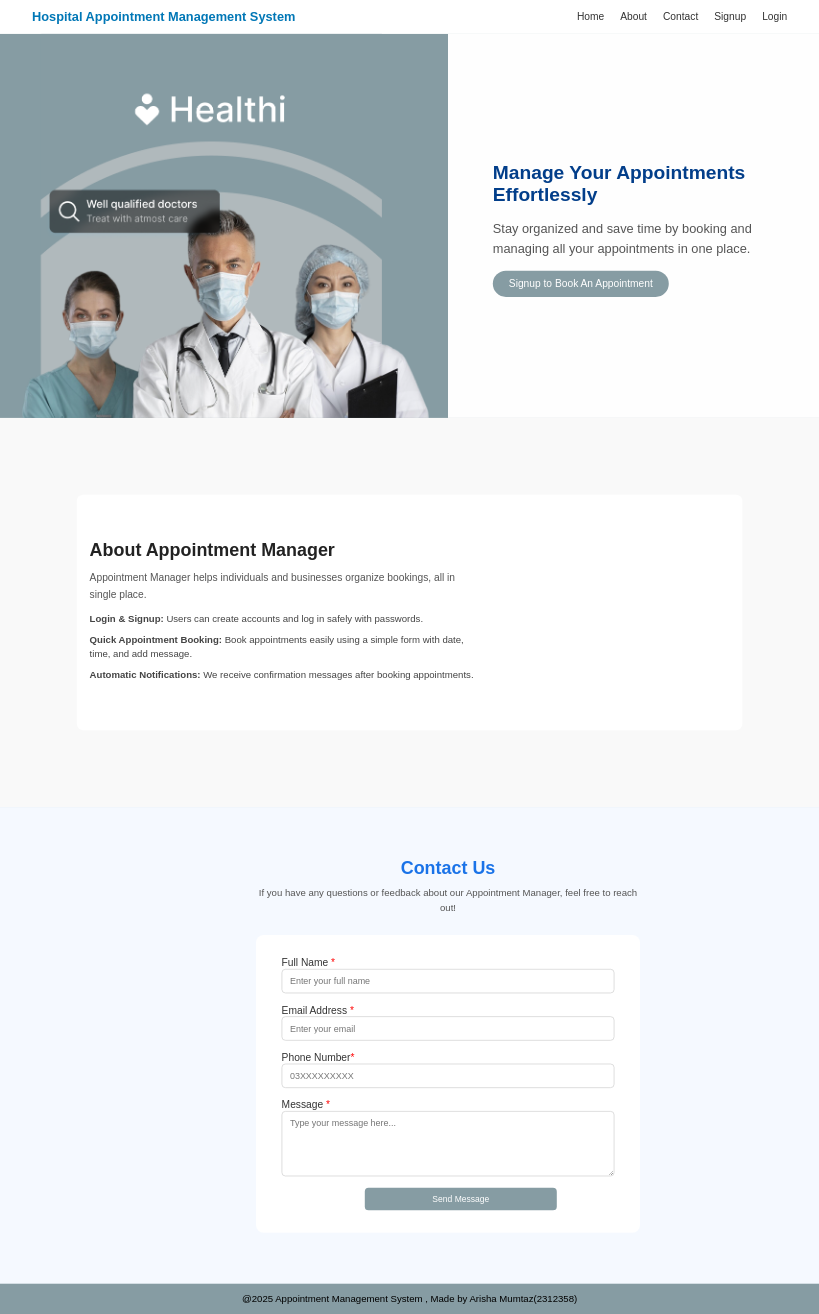
Repository: Arisha004/hospital-management-midterm-
Page: http://localhost/landingpage.html
An editor plug-in stored every save of this project. The page is shown before and after the next save, followed by the edit.
The browser window is 1280 px wide. The pictures show the whole page, at 64% of full size.
The page is run by PHP 8.4 with error messages shown; the project is at /var/www/html/.

Above is the page before, as saved 2025-11-02 21:17:58.

### landingpage.html

<html>
<head>
  <title>Appointment Management System</title>
  <link rel="stylesheet" href="style.css">
  <style>

  h2 {
    color: #007bff;
  }
  button{
  display: inline-block;
  background-color: #869CA3;
  color: #fff;
  padding: 10px 22px;
  border: none;
  border-radius: 6px;
  cursor: pointer;
  font-weight: 500;
   text-align: center;
}


a{
  color: white;
  text-decoration: none;
}
  </style>
</head>
<body>
  <header class="navbar">
    <div class="logo">Hospital Appointment Management System</div>
    <nav>
      <ul>
        <li><a href="#landing">Home</a></li>
        <li><a href="about.html">About</a></li>
        <li><a href="contact.html">Contact</a></li>
        <li><a href="signup.php">Signup</a></li>
        <li><a href="login.php">Login</a></li>

      </ul>
    </nav>
  </header>


  <section class="landing">
      <div class="right"></div>
    <div class="left">
      <h1>Manage Your Appointments Effortlessly</h1>
      <p>Stay organized and save time by booking and managing all your appointments in one place.</p>
      <a href="signup.php" class="btn">Signup to Book An Appointment</a>
    </div>

  </section>



  <section id="about" class="about">
    <div class="container about-inner">
      <div class="about-content">
        <h2>About Appointment Manager</h2>
        <p>Appointment Manager helps individuals and businesses organize bookings, all in single place.</p>
        <ul class="features">
              <li><strong> Login & Signup:</strong> Users can create accounts and log in safely with  passwords.</li>
<li><strong>Quick Appointment Booking:</strong> Book appointments easily using a simple form with date, time, and add message.</li>
<li><strong>Automatic Notifications:</strong> We receive confirmation messages after booking appointments.</li>

        </ul>
      </div>
    </div>
  </section>

<section id="contact" class="contact">
    <div class="container contact-inner">
      <h2>Contact Us</h2>
      <p>If you have any questions or feedback about our Appointment Manager, feel free to reach out!</p>

      <form action="insertcontactform.php" method="post" class="contact-form">
        <div class="form-group">
          <label>Full Name <span>*</span></label>
          <input type="text" id="name" name="name" placeholder="Enter your full name" pattern="^[A-Za-z]{3,}( [A-Za-z]+)?$" title="Full name should contain only letters and spaces, and must be at least 3 characters long.">

        </div>

        <div class="form-group">
          <label>Email Address <span>*</span></label>
          <input type="email" id="email" name="email" placeholder="Enter your email" title="Please enter a valid email address, e.g. example@gmail.com." required>
        </div>

        <div class="form-group">
          <label>Phone Number<span>*</span></label>
          <input type="tel" id="phone" name="phone" placeholder="03XXXXXXXXX" required pattern="[0-9]{11}" title="Enter 11-digit number only">
        </div>

        <div class="form-group">
          <label>Message <span>*</span></label>
          <textarea id="message" name="message" rows="5" placeholder="Type your message here..." required  pattern=".*\S.*" minlength="10"  title="Message must be at least 10 characters long.Cannot enter only spaces"></textarea>
        </div>

        <button type="submit" class="btn">Send Message</button>
      </form>
    </div>
</section>



  <footer>
    <p> @2025 Appointment Management System , Made by Arisha Mumtaz(2312358)</p>
  </footer>
</body>
</html>

### style.css

* {
  margin: 0;
  padding: 0;
  font-family: 'Poppins', sans-serif;
}

body {
  background: #869CA3;
  color: #333;
}

.about {
  background-color: #f9f9f9;
  padding: 80px 0; /*80px top & bottom, 0 left & right */
}

.about-image img {

  width: 450px;
  border-radius: 10px;
}

.about-content {
  margin-top: 20px;
  width: 300px;
}

.about-content h2 {
  font-size: 28px;
  color: #1a73e8;
  margin-bottom: 15px;
}

.about-content p {
  font-size: 16px;
  color: #555;
  line-height: 1.6;
  margin-bottom: 20px;
}

.features {
  list-style: none;
  padding: 0;
  margin-bottom: 25px;
}

.features li {
  margin-bottom: 10px;
  color: #444;
  font-size: 15px;
  line-height: 1.5;
}



/* Contact Section */
.contact {
  background-color: #f5f9ff;
  padding: 80px 0;
}

.contact-inner {
  width: 600px;
  margin-left: 400PX;
  text-align: center;
}

.contact h2 {
  font-size: 28px;
  color: #1a73e8;
  margin-bottom: 10px;
}

.contact p {
  color: #555;
  margin-bottom: 30px;
  font-size: 15px;
  line-height: 1.6;
}

.contact-form {
  background-color: #fff;
  padding: 35px 40px;
  border-radius: 12px;
  text-align: left;
}

.form-group {
  margin-bottom: 18px;
}

label {
  font-weight: 500;
  margin-bottom: 6px;
  color: #333;
}

label span {
  color: red;
}

input, textarea {
  width: 100%;
  padding: 10px 12px;
  border: 1px solid #ccc;
  border-radius: 6px;
  font-size: 14px;
}



.contact-form .btn {
  display: inline-block;
  background-color: #869CA3;
  color: #fff;
  padding: 10px 22px;
  border: none;
  border-radius: 6px;
  cursor: pointer;
  font-weight: 500;

  margin-left: 130px;
   text-align: center;
}


.navbar {
  display: flex;
  justify-content: space-between;
  align-items: center;
  padding: 15px 50px;
  background: #fff;

 }

.navbar .logo {
  font-weight: 700;
  font-size: 20px;
  color: #0077b6;
}

.navbar ul {
  display: flex;
  list-style: none;
}

.navbar ul li a {
  text-decoration: none;
  color: #333;
  margin-left: 25px;
}



.landing {
  display: flex; /*makes .landing a flex container.*/
  height: 600px;
}


  button{

  display: inline-block;
  background-color: #869CA3;
  color: #fff;
  padding: 10px 22px;
  border: none;
  border-radius: 6px;
  cursor: pointer;
  font-weight: 500;

   text-align: center;
}


.landing .left {
  flex: 1;
  width: 50%;
  padding: 0 70px; /*adds 70px space on left and right (inner spacing).*/
  background: #fefefe;
}


.landing .left h1 {
  margin-top: 200px;
  font-size: 30px;
  color: #023e8a;
  margin-bottom: 20px;
}

.landing .left p {
  font-size: 20px;
  color: #555;
  margin-bottom: 30px;
  line-height: 1.6;
}

.btn {
  background: #869CA3;
  color: #fff;
  padding: 12px 25px;
  border-radius: 30px;
  text-decoration: none;
  font-weight: 300;
  width: 300px;
}


.landing .right {
  width:700px;
  background:url(images/pic1.png);
  background-repeat: no-repeat;
  background-size: cover;
}





.form1-container {
  width: 520px;
  margin: 80px auto;
  background: white;
  padding: 20px;
  border-radius: 8px;
}

.form1-container h2 {
  text-align: center;
  color: #333;
}

.form1-container label {
  display: block;
  margin-top: 10px;
  color: #555;
}

.form1-container input {
  width: 100%;
  padding: 8px;
  margin-top: 5px;
  border: 1px solid #ccc;
  border-radius: 4px;
}

.form1-container button {
  width: 100%;
  margin-top: 15px;
  padding: 10px;
  background: #869CA3;
  border: none;
  color: white;
  border-radius: 4px;
  cursor: pointer;
}


.form1-container p {
  text-align: center;
  margin-top: 10px;
}

.success {
  text-align: center;
  background: #d4edda;
  color: #155724;
  padding: 8px;
  border-radius: 5px;
  margin: 10px auto;
  width: 320px;
}

.error {
  text-align: center;
  background: #f8d7da;
  color: #721c24;
  padding: 8px;
  border-radius: 5px;
  margin: 10px auto;
  width: 320px;
}

footer {
  text-align: center;
  padding: 15px;
 background-color:#869CA3;
  color: black;
  font-size: 15px;

}

.container.about-inner {
  padding: 50px 20px;
  background-color: #fff;
  margin: 40px auto;
  width: 1000px;
  border-radius: 10px;

}


.about-content {
  width: 600px;
}

.about-content h2 {
  font-size: 28px;
  margin-bottom: 15px;
  color: #222;
}

.about-content p {
  font-size: 16px;
  line-height: 1.6;
  margin-bottom: 15px;
}

After the next save:
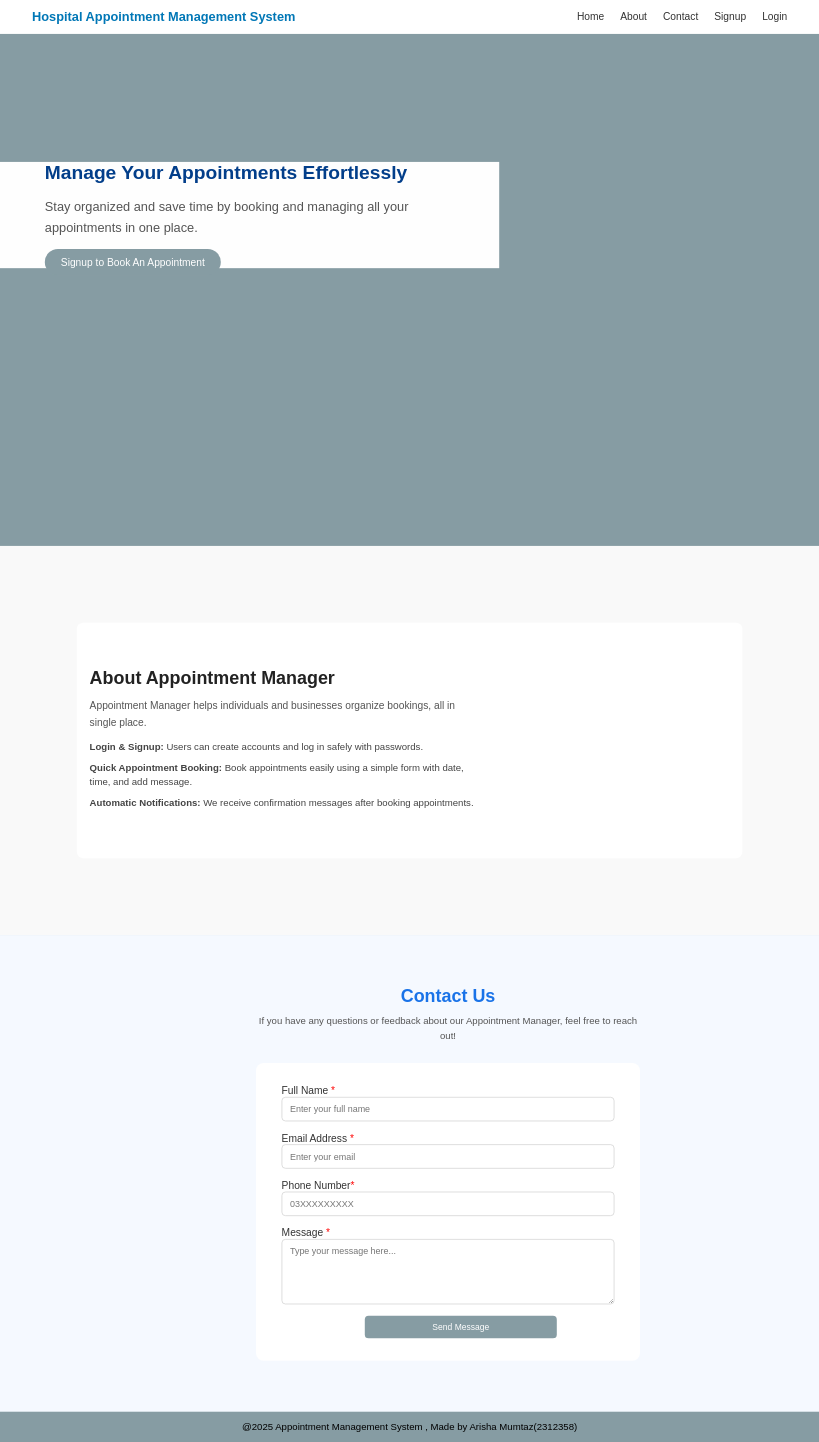
Saved 8 s later.
--- a/style.css
+++ b/style.css
@@ -154,7 +154,6 @@
 
 
 .landing {
-  display: flex; /*makes .landing a flex container.*/
   height: 600px;
 }
 

After the save that followed:
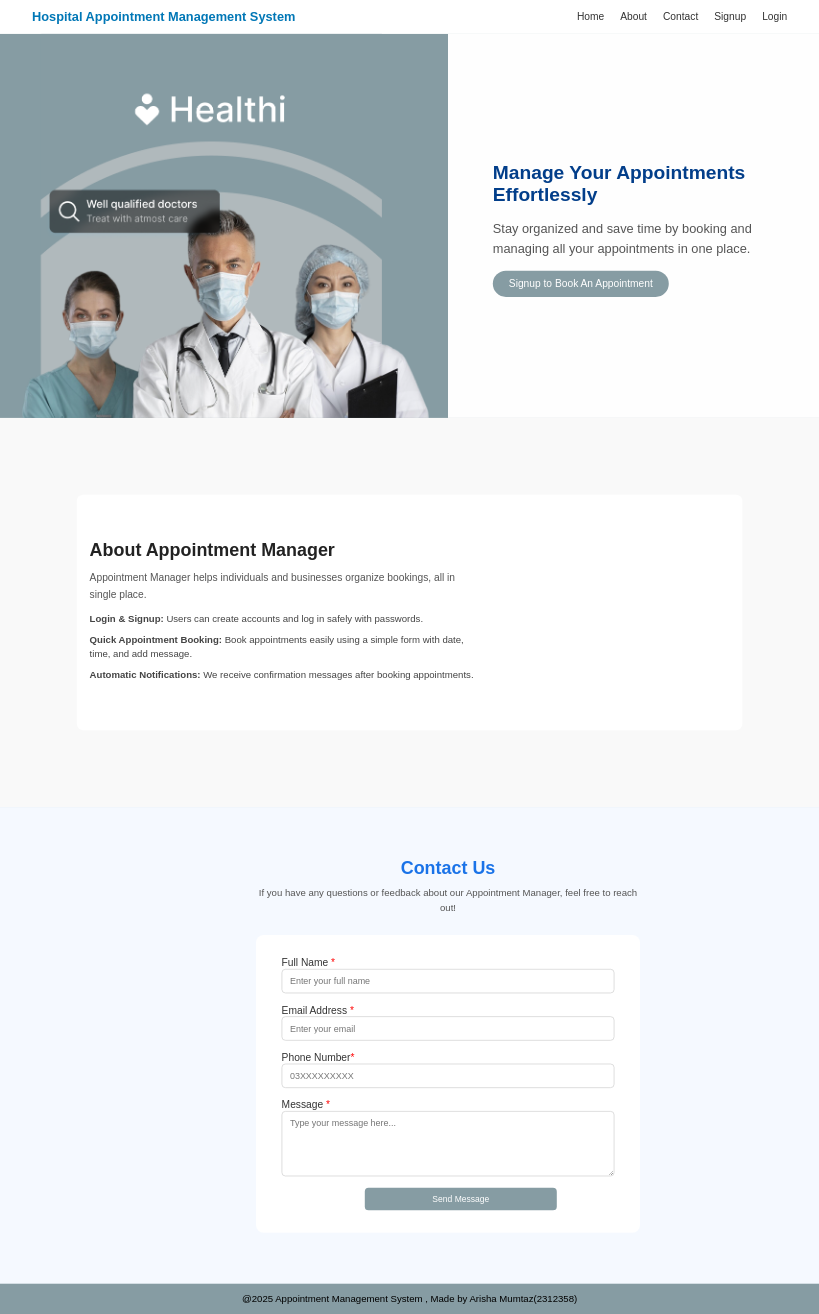
Saved 6 s later.
--- a/style.css
+++ b/style.css
@@ -154,6 +154,7 @@
 
 
 .landing {
+  display: flex; /*makes .landing a flex container.*/
   height: 600px;
 }
 
